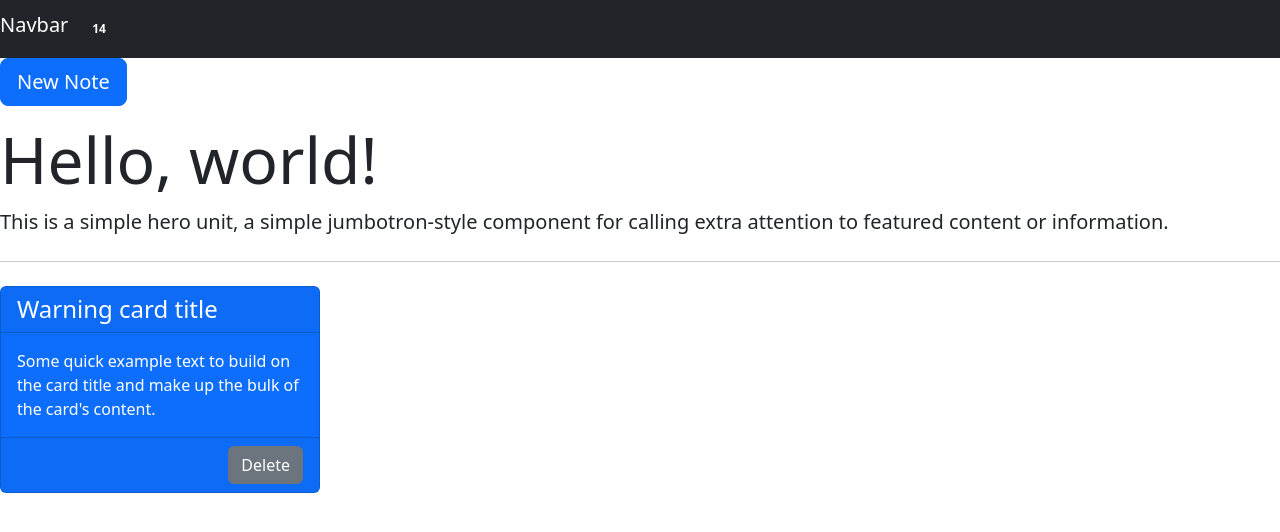
Repository: hasmelash/gitskill
Page: /
An editor plug-in stored every save of this project. The page is shown before and after the next save, followed by the edit.
The browser window is 1280 px wide. The pictures show the whole page.
The project was rebuilt for these pictures with package versions that can differ from the ones it lists, and the page was loaded fresh each time. Also part of the build but not shown: src/App.css.

Above is the page before, as saved 2019-08-30 00:21:50.

### src/App.js
import React from 'react';
import './App.css';
import Navbar from './NavBarComponent/NavBarComponent';
import Notes from './NotesComponent/NotesComponent';
import 'bootstrap/dist/css/bootstrap.min.css';
import 'bootstrap/dist/js/bootstrap.bundle.min';

;class App extends React.Component {
  render(){
      return (
          <div>
            <Navbar />
            <Notes />
          </div>
      );
   }
}

export default App;

### src/NavBarComponent/NavBarComponent.js
import React from 'react';
import NoteCounter from '../NoteCounterComponent/NoteCounterComponent';
import 'bootstrap/dist/css/bootstrap.min.css';
import 'bootstrap/dist/js/bootstrap.bundle.min';
class Navbar extends React.Component{
    render(){
        return (
            <nav class="navbar navbar-expand-lg navbar-dark bg-dark">
                <h1 class="navbar-brand" >Navbar</h1>
                <NoteCounter class="container" style={{float: 'right'}}/>
            </nav>
        );
    }
}
export default Navbar;

### src/NotesComponent/NotesComponent.js

import React from 'react';
import 'bootstrap/dist/css/bootstrap.min.css';
import 'bootstrap/dist/js/bootstrap.bundle.min';
import Note from '../NoteComponent/NoteComponent';
class Notes extends React.Component{

    state = {
        notes: []
    };

    addNote(note){
        this.state.notes.push(note);
    }


    render(){
        return (

            <div class="jumbotron">
                <p class="lead">
                    <button class="btn btn-primary btn-lg"  >New Note</button>
                </p>
                <h1 class="display-3">Hello, world!</h1>
                <p class="lead">This is a simple hero unit, a simple jumbotron-style component for calling extra attention to featured content or information.</p>
                <hr class="my-4"/>
                <Note
                    addingNote={this.state.addNote}

                />
            </div>
        );
    }
}
export default Notes;

### src/NoteCounterComponent/NoteCounterComponent.js
import React from 'react';
import 'bootstrap/dist/css/bootstrap.min.css';
import 'bootstrap/dist/js/bootstrap.bundle.min';
function NoteCounter(props){

        return (
                    <span class="badge badge-primary badge-pill">14</span>
        );

}
export default NoteCounter;

### src/NoteComponent/NoteComponent.js

import React from 'react';
import 'bootstrap/dist/css/bootstrap.min.css';
import 'bootstrap/dist/js/bootstrap.bundle.min';
class Note extends React.Component{


    createNote(){
        let newNote= {
            title: 'New Note',
            id: null
        }
        this.props.addNote(newNote);

    }


    render(){
        return (
            <div class="card text-white bg-primary mb-3" style={{maxWidth: '20rem'}}>
                <h4 class="card-header">Warning card title</h4>
                    <div class="card-body">

                        <p class="card-text">Some quick example text to build on the card title and make up the bulk of the card's content.</p>
                    </div>
                <div class="card-footer">
                    <button type="button" class="btn btn-secondary" data-dismiss="modal" style={{float: 'right'}}>Delete</button>
                </div>
            </div>

        );
    }
}
export default Note;

Loaded but not shown: public/index.html (common file); src/index.js (common file); src/index.css (common file); src/serviceWorker.js (common file)

After the next save:
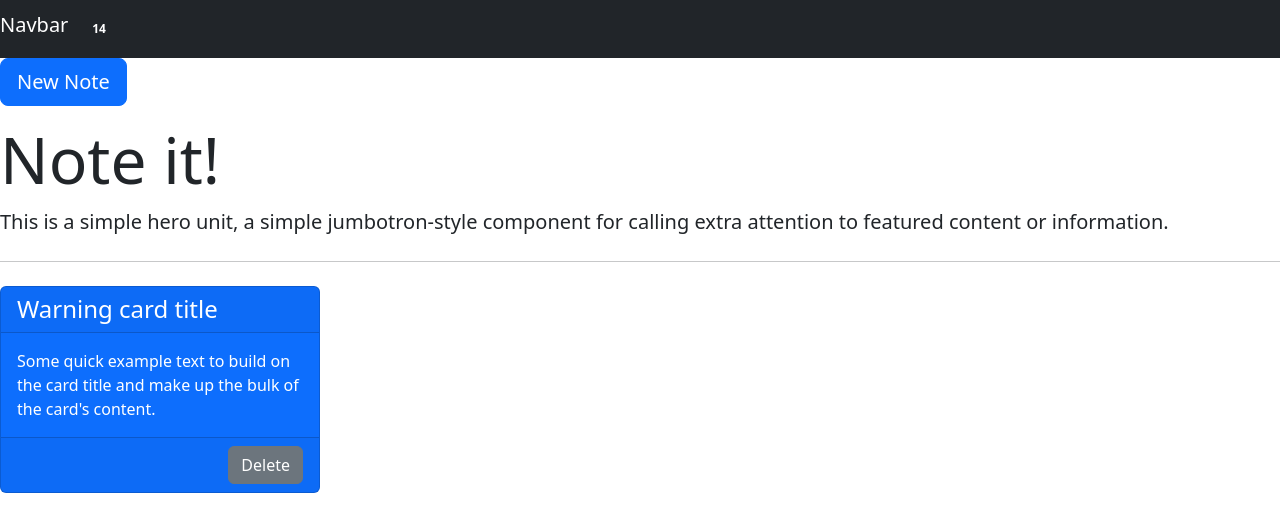
Saved 102 s later.
--- a/src/NotesComponent/NotesComponent.js
+++ b/src/NotesComponent/NotesComponent.js
@@ -21,7 +21,7 @@ class Notes extends React.Component{
                 <p class="lead">
                     <button class="btn btn-primary btn-lg"  >New Note</button>
                 </p>
-                <h1 class="display-3">Hello, world!</h1>
+                <h1 class="display-3">Note it!</h1>
                 <p class="lead">This is a simple hero unit, a simple jumbotron-style component for calling extra attention to featured content or information.</p>
                 <hr class="my-4"/>
                 <Note
